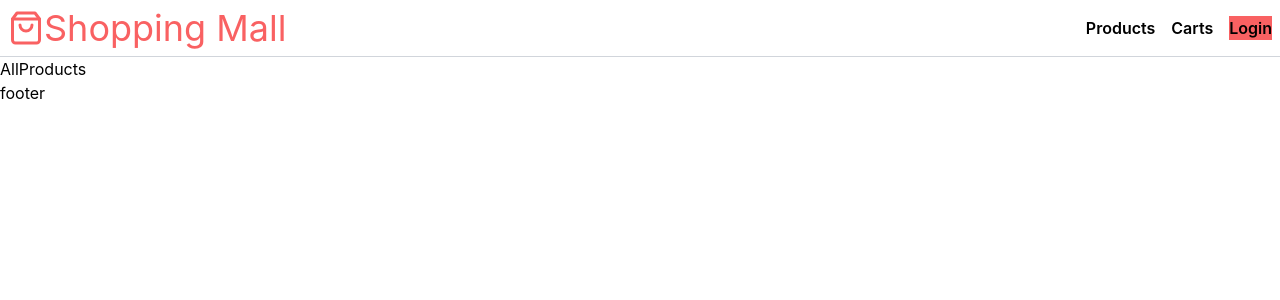
Repository: dnjfht/shopping_mall
Page: /products
The author's editor kept a copy of each file at every save. The page is drawn from the files as they stood at one save, then again after the next save.
The browser window is 1280 px wide. The pictures show the whole page.
The project was rebuilt for these pictures with package versions that can differ from the ones it lists, and the page was loaded fresh each time. Also part of the build but not shown: src/App.css, src/components/User.jsx, src/pages/Home.jsx, src/pages/NewProduct.jsx, src/pages/ProductDetail.jsx, src/pages/NotFound.jsx, src/pages/MyCart.jsx.

Above is the page before, as saved 2023-03-06 01:39:03.

After the next save:
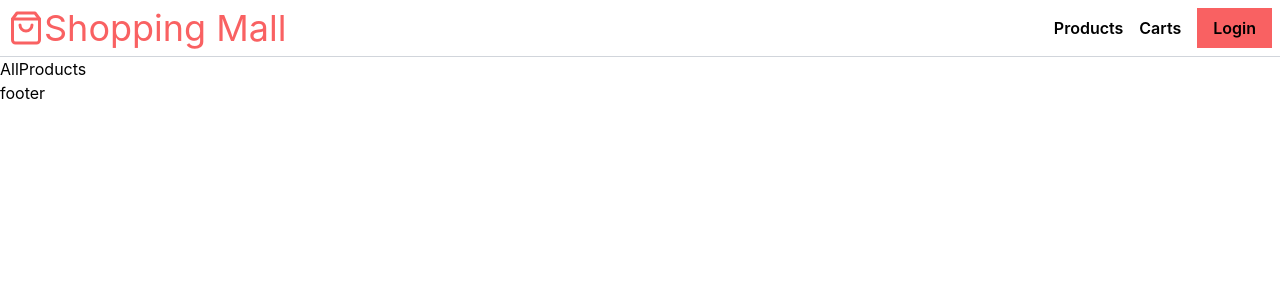
Saved 2 min 7 s later.
--- a/src/components/ui/Button.jsx
+++ b/src/components/ui/Button.jsx
@@ -2,7 +2,7 @@ import React from "react";
 
 export default function Button({ text, onClick }) {
   return (
-    <button className="bg-brand" onClick={onClick}>
+    <button className="bg-brand py-2 px-4" onClick={onClick}>
       {text}
     </button>
   );
